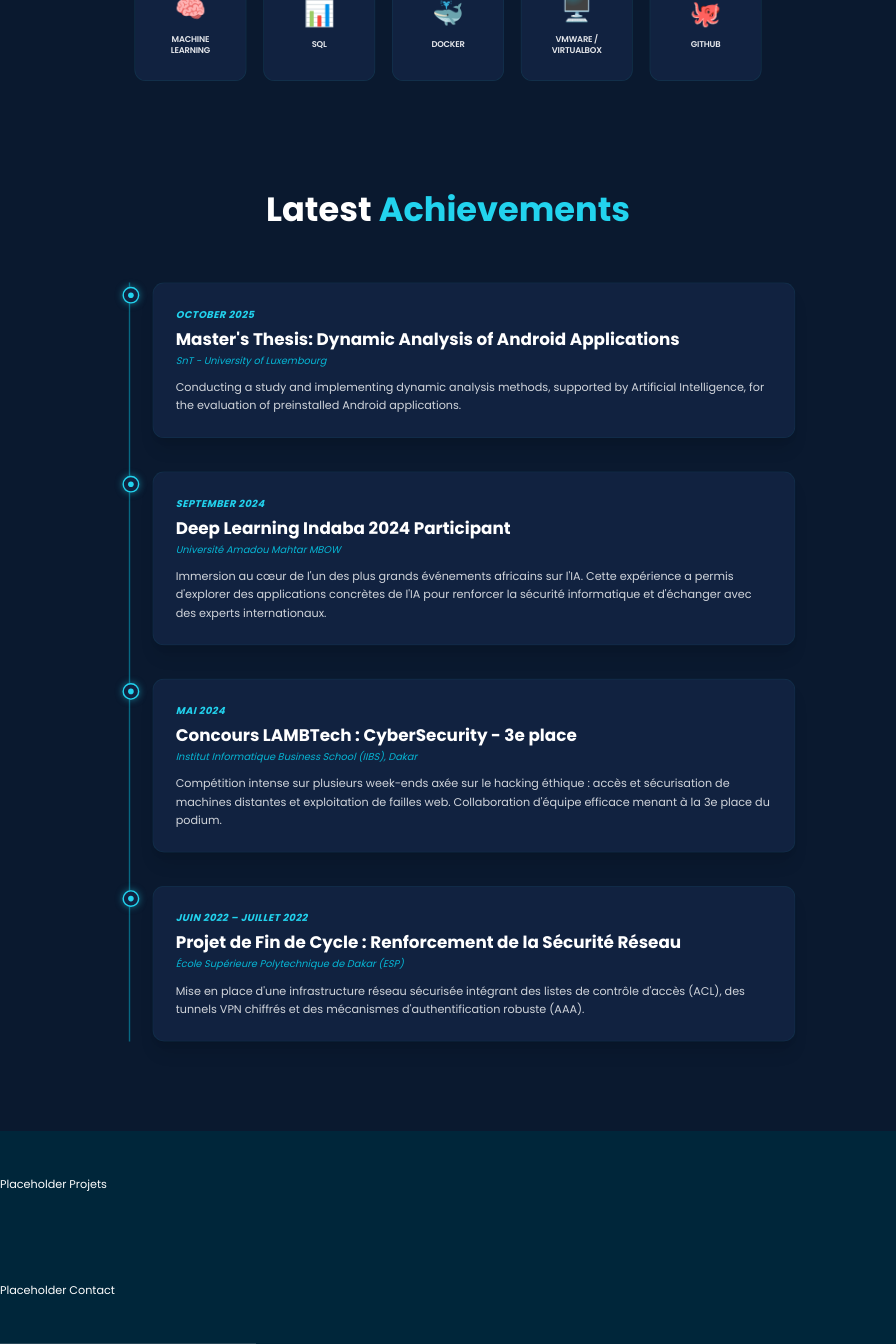
Repository: AntaaaKD/Mon-Portfolio
Page: /
These files come from the project's save history. The page is drawn as it stood at one moment and after the next save; the edit follows.
The browser window is 1280 px wide. The pictures show the part of the page from y = 2704 to 4624 px (the page is 4624 px tall before and 4598 px after), at 70% of full size.
The project was rebuilt for these pictures with package versions that can differ from the ones it lists, and the page was loaded fresh each time.

Above is the page before, as saved 2026-01-14 23:56:37.

### public/index.html
<!DOCTYPE html>
<html lang="en">
  <link href="https://fonts.googleapis.com/css2?family=Poppins:wght@400;600;700&display=swap" rel="stylesheet">
  <head>
    <meta charset="utf-8" />
    <link rel="icon" href="%PUBLIC_URL%/favicon.ico" />
    <meta name="viewport" content="width=device-width, initial-scale=1" />
    <meta name="theme-color" content="#000000" />
    <meta
      name="description"
      content="Web site created using create-react-app"
    />
    <link rel="apple-touch-icon" href="%PUBLIC_URL%/logo192.png" />
    <!--
      manifest.json provides metadata used when your web app is installed on a
      user's mobile device or desktop. See https://developers.google.com/web/fundamentals/web-app-manifest/
    -->
    <link rel="manifest" href="%PUBLIC_URL%/manifest.json" />
    <!--
      Notice the use of %PUBLIC_URL% in the tags above.
      It will be replaced with the URL of the `public` folder during the build.
      Only files inside the `public` folder can be referenced from the HTML.

      Unlike "/favicon.ico" or "favicon.ico", "%PUBLIC_URL%/favicon.ico" will
      work correctly both with client-side routing and a non-root public URL.
      Learn how to configure a non-root public URL by running `npm run build`.
    -->
    <title>React App</title>
  </head>
  <body>
    <noscript>You need to enable JavaScript to run this app.</noscript>
    <div id="root"></div>
    <!--
      This HTML file is a template.
      If you open it directly in the browser, you will see an empty page.

      You can add webfonts, meta tags, or analytics to this file.
      The build step will place the bundled scripts into the <body> tag.

      To begin the development, run `npm start` or `yarn start`.
      To create a production bundle, use `npm run build` or `yarn build`.
    -->
  </body>
</html>

### src/index.css
@tailwind base;
@tailwind components;
@tailwind utilities;

body {
  margin: 0;
  font-family: 'Poppins', sans-serif;
  -webkit-font-smoothing: antialiased;
  -moz-osx-font-smoothing: grayscale;
}

code {
  font-family: source-code-pro, Menlo, Monaco, Consolas, 'Courier New',
    monospace;
}

### src/App.js
import React from 'react';
import Navbar from './components/Navbar';
import Home from './components/Home';  // Ajoute cet import
import About from './components/About';
import Skills from './components/Skills';
import Achievements from './components/Achievements';

function App() {
  return (
    <div className="min-h-screen bg-custom-blue text-white">
      <Navbar />
      <main>
        <Home />  {/* Remplace le placeholder */}
        <About />
        <Skills />
        <Achievements />
        <section id="projects" className="py-16">Placeholder Projets</section>
        <section id="contact" className="py-16">Placeholder Contact</section>
      </main>
    </div>
  );
}

export default App;

### src/components/Navbar.jsx
import React, { useState, useEffect } from 'react';

const Navbar = () => {
  const [scrolled, setScrolled] = useState(false);

  useEffect(() => {
    const handleScroll = () => {
      if (window.scrollY > 50) {
        setScrolled(true);
      } else {
        setScrolled(false);
      }
    };

    window.addEventListener('scroll', handleScroll);
    return () => window.removeEventListener('scroll', handleScroll);
  }, []);

  return (
    <nav
        className={`p-4 sticky top-0 z-10 transition-all duration-300 ${
            scrolled
            ? 'bg-custom-blue bg-opacity-0 backdrop-blur-md'  // Semi-transparent (30%) + blur fort
            : 'bg-custom-blue'  // Bleu solide au top
        }`}
    >
        <div className="container mx-auto flex justify-between items-center">
            <h1 className="text-xl font-bold text-blue-text">AD</h1>
            <ul className="flex space-x-6 text-white">
            <li><a href="#home" className="hover:text-cyan-300">Home</a></li>
            <li><a href="#about" className="hover:text-cyan-300">About</a></li>
            <li><a href="#skills" className="hover:text-cyan-300">Skills</a></li>
            <li><a href="#achievements" className="hover:text-cyan-300">Achievements</a></li>
            <li><a href="#projects" className="hover:text-cyan-300">Projects</a></li>
            <li><a href="#contact" className="hover:text-cyan-300">Contact</a></li>
            </ul>
        </div>
    </nav>
  );
};

export default Navbar;

### src/components/Home.jsx
import React, { useEffect, useRef } from 'react';
import Typed from 'typed.js';

const Home = () => {
  // Création d'une référence pour l'élément qui accueillera l'animation
  const el = useRef(null);

  useEffect(() => {
    const typed = new Typed(el.current, {
      strings: [
        "Cybersecurity Engineer",
        "Founder of Sa Muse",
      ],
      typeSpeed: 100,
      backSpeed: 90,
      loop: true,
    });

    // Nettoyage de l'animation pour éviter les bugs de mémoire
    return () => {
      typed.destroy();
    };
  }, []);

  return (
    <section id="home" className="flex flex-col items-center justify-center h-screen text-center px-4">
      <h1 className="text-6xl font-bold mb-4">
        Hi, I'm <span className="text-blue-text">Anta DIOP</span>
      </h1>

      {/* On applique la ref ici pour l'animation */}
      <h2 className="text-2xl font-bold text-cyan-400 mb-6 h-8">
        <span ref={el}></span>
      </h2>

      <p className="text-lg mb-8 max-w-2xl">
        A Cybersecurity Engineer, I am passionate about analyzing, protecting, and detecting threats across systems and networks.
        I am also particularly interested in artificial intelligence applied to cybersecurity, a field that offers highly promising perspectives.
      </p>

      <div className="flex space-x-4">
        <a href="#projects" className="bg-blue-text text-lg px-6 py-3 rounded-full hover:bg-cyan-400 transition">
            View my Projects
        </a>
        <a href="/cv.pdf" download className="px-6 py-3 rounded-full border border-cyan-500 text-lg hover:bg-cyan-500 hover:text-custom-blue transition">
            Download CV
        </a>
      </div>
    </section>
  );
};

export default Home;

### src/components/About.jsx
import React from 'react';

const About = () => {
  return (
    <section id="about" className="py-20 px-4 bg-custom-blue text-white">
      <div className="max-w-6xl mx-auto">
        {/* Titre de la section */}
        <h2 className="text-4xl font-bold text-center mb-16">
          About <span className="text-cyan-400">Me</span>
        </h2>

        <div className="flex flex-col md:flex-row items-center justify-between gap-12">

          {/* Colonne Image avec l'effet de halo bleu */}
          <div className="relative w-64 h-64 md:w-80 md:h-80">
            <div className="absolute inset-0 rounded-full bg-cyan-400 opacity-20 blur-2xl animate-pulse"></div>
            <div className="relative w-full h-full rounded-full border-4 border-cyan-400 overflow-hidden shadow-[0_0_20px_rgba(34,211,238,0.5)]">
              <img
                src="/image1.png"
                alt="Anta DIOP"
                className="w-full h-full object-cover"
              />
            </div>
          </div>

          {/* Colonne Texte */}
          <div className="flex-1 text-center md:text-left">
            <h3 className="text-xl mb-4">
              Hello, I'm <span className="text-cyan-400 font-bold">Anta DIOP</span>
            </h3>
            <p className="text-gray-300 mb-6 leading-relaxed">
              I am a Cybersecurity Systems Engineer, graduated from the École Supérieure Polytechnique of Dakar.
              My journey began with a degree in Telecoms and Networks, leading me to specialize in IT Security.
              I am also deeply interested in Artificial Intelligence, especially its role in enhancing cybersecurity.
            </p>
            <p className="text-gray-300 mb-8 leading-relaxed">
              Alongside my engineering path, I founded <span className="text-cyan-400 font-bold"> Sa Muse: Awaken the muse within you</span>.
              What started as a creative hobby: crochet, evolved into a bespoke clothing business. This venture allows me to channel my creativity while managing an entrepreneurial project I truly love.
            </p>

            {/* Cartes de statistiques (comme sur le modèle) */}
            <div className="flex flex-wrap justify-center md:justify-start gap-4">
              <div className="bg-[#112240] p-4 rounded-xl border border-cyan-900 w-40">
                <p className="text-cyan-400 font-bold text-xl">4+ years</p>
                <p className="text-xs text-gray-400">Experience</p>
              </div>
              <div className="bg-[#112240] p-4 rounded-xl border border-cyan-900 w-40">
                <p className="text-cyan-400 font-bold text-xl">7+ projects</p>
                <p className="text-xs text-gray-400">Completed</p>
              </div>
              <div className="bg-[#112240] p-4 rounded-xl border border-cyan-900 w-40">
                <p className="text-cyan-400 font-bold text-xl">Graduate</p>
                <p className="text-xs text-gray-400">Engineer</p>
              </div>
            </div>
          </div>

        </div>
      </div>
    </section>
  );
};

export default About;

### src/components/Skills.jsx
import React from 'react';

const Skills = () => {
  const skillCategories = [
    {
      domain: "Cybersecurity & OS",
      tools: [
        { name: 'Scan & Pentest Tools', icon: '🛡️' },
        { name: 'Kali / Ubuntu Linux', icon: '🐧' },
        { name: 'Windows Server', icon: '🗄️' },
        { name: 'Metasploit', icon: '🛡️' },
        { name: 'Wireshark', icon: '🦈' }
      ]
    },
    {
      domain: "Networks & Simulation",
      tools: [
        { name: 'VLAN Deployment', icon: '🔌' },
        { name: 'DHCP / DNS / SSH', icon: '🌐' },
        { name: 'Cisco Packet Tracer', icon: '📡' },
        { name: 'GNS3', icon: '🛰️' }
      ]
    },
    {
      domain: "Programming & Web Development",
      tools: [
        { name: 'Python', icon: '🐍' },
        { name: 'JavaScript', icon: '📜' },
        { name: 'React', icon: '⚛️' },
        { name: 'HTML5 / CSS3', icon: '💻' },
        { name: 'Low Code / No Code', icon: '⚙️' },
      ]
    },
    {
      domain: "Data & Infrastructure",
      tools: [
        { name: 'Machine Learning', icon: '🧠' },
        { name: 'SQL', icon: '📊' },
        { name: 'Docker', icon: '🐳' },
        { name: 'VMware / Virtualbox', icon: '🖥️' },
        { name: 'GitHub', icon: '🐙' }
      ]
    }
  ];

  return (
    <section id="skills" className="py-20 bg-[#0a192f] text-white">
      <div className="max-w-6xl mx-auto px-4">
        <h2 className="text-5xl font-bold text-center mb-20 text-cyan-400 uppercase tracking-widest">
          Skills & <span className="text-white">Technologies</span>
        </h2>

        <div className="space-y-20">
          {skillCategories.map((category, idx) => (
            <div key={idx} className="flex flex-col items-center">
              {/* Titre du domaine bien centré */}
              <h3 className="text-2xl font-bold mb-10 text-white border-b-2 border-cyan-400 pb-2 px-6">
                {category.domain}
              </h3>

              {/* Grille des outils centrée */}
              <div className="flex flex-wrap justify-center gap-6 w-full">
                {category.tools.map((tool, index) => (
                  <div
                    key={index}
                    className="bg-[#112240] p-6 rounded-2xl border border-cyan-900/40 flex flex-col items-center justify-center w-40 h-40 transition-all duration-300 hover:border-cyan-400 hover:-translate-y-2 hover:shadow-[0_0_20px_rgba(34,211,238,0.15)] group"
                  >
                    <div className="text-4xl mb-4 group-hover:scale-110 transition-transform">
                      {tool.icon}
                    </div>
                    <h4 className="text-xs font-semibold text-gray-200 text-center uppercase tracking-tight">
                      {tool.name}
                    </h4>
                  </div>
                ))}
              </div>
            </div>
          ))}
        </div>
      </div>
    </section>
  );
};

export default Skills;

### src/components/Achievements.jsx
import React from 'react';

const Achievements = () => {
  const achievements = [
    {
      date: "October 2025",
      title: "Master's Thesis: Dynamic Analysis of Android Applications ",
      institution: "SnT - University of Luxembourg",
      description: "Conducting a study and implementing dynamic analysis methods, supported by Artificial Intelligence, for the evaluation of preinstalled Android applications.",
    },
    {
      date: "September 2024",
      title: "Deep Learning Indaba 2024 Participant",
      institution: "Université Amadou Mahtar MBOW",
      description: "Immersion au cœur de l'un des plus grands événements africains sur l'IA. Cette expérience a permis d'explorer des applications concrètes de l'IA pour renforcer la sécurité informatique et d'échanger avec des experts internationaux.",
    },
    {
      date: "Mai 2024",
      title: "Concours LAMBTech : CyberSecurity - 3e place",
      institution: "Institut Informatique Business School (IIBS), Dakar",
      description: "Compétition intense sur plusieurs week-ends axée sur le hacking éthique : accès et sécurisation de machines distantes et exploitation de failles web. Collaboration d'équipe efficace menant à la 3e place du podium.",
    },
    {
      date: "Juin 2022 – Juillet 2022",
      title: "Projet de Fin de Cycle : Renforcement de la Sécurité Réseau",
      institution: "École Supérieure Polytechnique de Dakar (ESP)",
      description: "Mise en place d'une infrastructure réseau sécurisée intégrant des listes de contrôle d'accès (ACL), des tunnels VPN chiffrés et des mécanismes d'authentification robuste (AAA).",
    }
  ];

  return (
    <section id="achievements" className="w-full py-20 bg-[#0a192f] text-white">
      <div className="max-w-5xl mx-auto px-4">
        {/* Titre style image 5 */}
       <h2 className="text-5xl font-bold text-center mb-20">
          Latest <span className="text-cyan-400">Achievements</span>
        </h2>

        <div className="relative border-l-2 border-cyan-500/50 ml-4 md:ml-10">
          {achievements.map((item, index) => (
            <div key={index} className="mb-12 ml-8 relative">
              {/* Le point sur la ligne (style image 5) */}
              <div className="absolute -left-[43px] mt-1.5 w-6 h-6 rounded-full bg-[#112240] border-2 border-cyan-400 flex items-center justify-center shadow-[0_0_10px_rgba(34,211,238,0.5)]">
                 <div className="w-2 h-2 rounded-full bg-cyan-400"></div>
              </div>

              {/* Carte de contenu (style image 5) */}
              <div className="bg-[#112240] p-8 rounded-2xl border border-cyan-900/30 shadow-xl hover:border-cyan-400/50 transition-all duration-300">
                <span className="text-cyan-400 font-bold text-sm uppercase tracking-wider italic">
                  {item.date}
                </span>
                <h3 className="text-2xl font-bold mt-2 text-white">
                  {item.title}
                </h3>
                <h4 className="text-cyan-500 font-medium text-sm mt-1 mb-4 italic">
                  {item.institution}
                </h4>
                <p className="text-gray-300 leading-relaxed text-base">
                  {item.description}
                </p>
              </div>
            </div>
          ))}
        </div>
      </div>
    </section>
  );
};

export default Achievements;

### tailwind.config.js
/** @type {import('tailwindcss').Config} */
module.exports = {
  content: [
    "./src/**/*.{js,jsx,ts,tsx}",
  ],
  theme: {
    extend: {
      colors: {
        'custom-blue': 'rgb(0, 38, 58)',  // Ton bleu exact ici
        'blue-text': 'rgb(1, 120, 160)',
      },
    },
  },
  plugins: [],
};

Loaded but not shown: src/index.js (common file); src/reportWebVitals.js (common file)

After the next save:
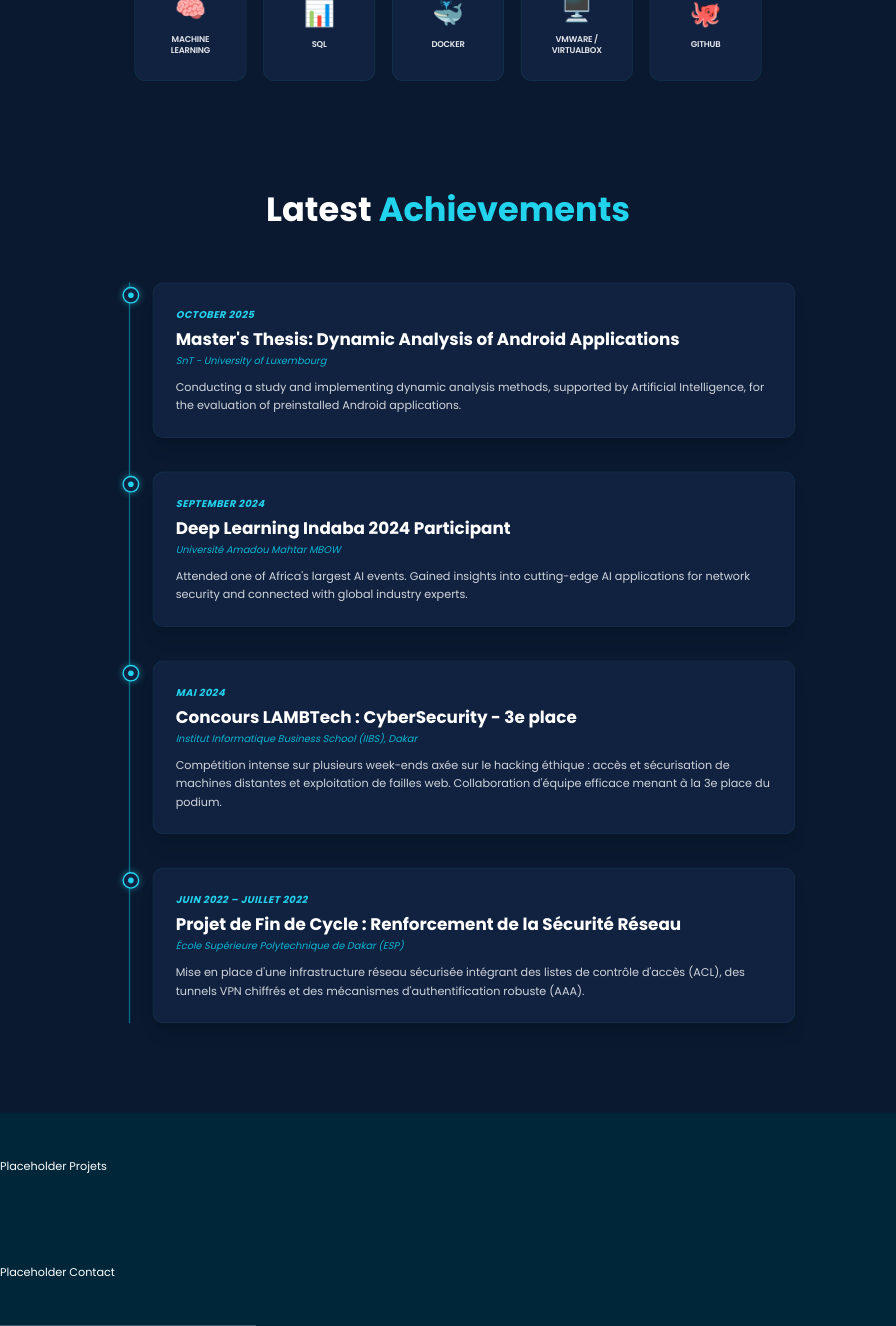
Saved 38 s later.
--- a/src/components/Achievements.jsx
+++ b/src/components/Achievements.jsx
@@ -12,7 +12,7 @@ const Achievements = () => {
       date: "September 2024",
       title: "Deep Learning Indaba 2024 Participant",
       institution: "Université Amadou Mahtar MBOW",
-      description: "Immersion au cœur de l'un des plus grands événements africains sur l'IA. Cette expérience a permis d'explorer des applications concrètes de l'IA pour renforcer la sécurité informatique et d'échanger avec des experts internationaux.",
+      description: "Attended one of Africa's largest AI events. Gained insights into cutting-edge AI applications for network security and connected with global industry experts.",
     },
     {
       date: "Mai 2024",
